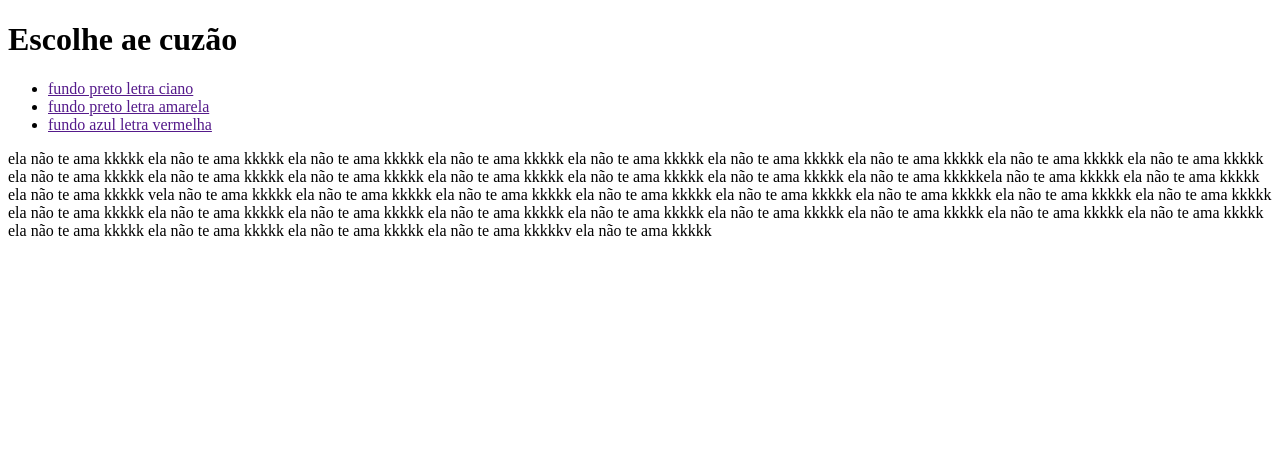
Repository: Leonngc/html-css
Page: ex024/otarios.html
An editor plug-in stored every save of this project. The page is shown before and after the next save, followed by the edit.
The browser window is 1280 px wide. The pictures show the whole page.

Above is the page before, as saved 2022-11-15 18:42:19.

### ex024/otarios.html
<!DOCTYPE html>
<html lang="pt-br">
<head>
    <meta charset="UTF-8">
    <meta http-equiv="X-UA-Compatible" content="IE=edge">
    <meta name="viewport" content="width=device-width, initial-scale=1.0">
    <title>Iframes</title>
</head>
<body>
    <h1>Escolhe ae cuzão</h1>
    <ul>
        <li><a href="">fundo preto letra ciano</a></li>
        <li><a href="">fundo preto letra amarela</a></li>
        <li><a href="">fundo azul letra vermelha</a></li>
    </ul>

    <p>ela não te ama kkkkk ela não te ama kkkkk ela não te ama kkkkk ela não te ama kkkkk ela não te ama kkkkk ela não te ama kkkkk ela não te ama kkkkk ela não te ama kkkkk ela não te ama kkkkk ela não te ama kkkkk ela não te ama kkkkk ela não te ama kkkkk ela não te ama kkkkk ela não te ama kkkkk ela não te ama kkkkk ela não te ama kkkkkela não te ama kkkkk ela não te ama kkkkk ela não te ama kkkkk vela não te ama kkkkk ela não te ama kkkkk ela não te ama kkkkk ela não te ama kkkkk ela não te ama kkkkk ela não te ama kkkkk ela não te ama kkkkk ela não te ama kkkkk ela não te ama kkkkk ela não te ama kkkkk ela não te ama kkkkk ela não te ama kkkkk ela não te ama kkkkk ela não te ama kkkkk ela não te ama kkkkk ela não te ama kkkkk ela não te ama kkkkk ela não te ama kkkkk ela não te ama kkkkk ela não te ama kkkkk ela não te ama kkkkkv ela não te ama kkkkk</p>

    <iframe src="" frameborder="0"></iframe>
</body>
</html>

After the next save:
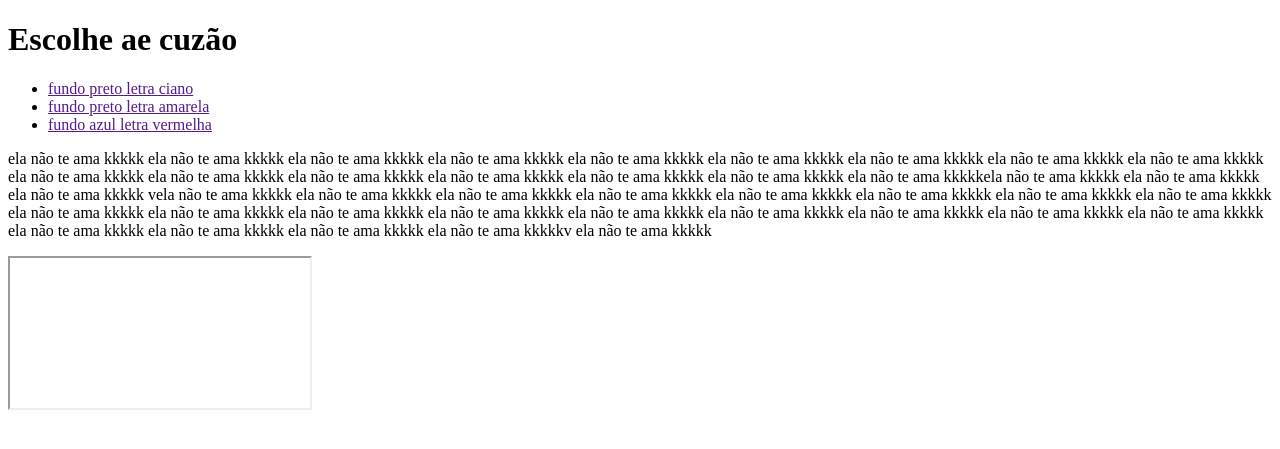
Saved 4 s later.
--- a/ex024/otarios.html
+++ b/ex024/otarios.html
@@ -16,6 +16,6 @@
 
     <p>ela não te ama kkkkk ela não te ama kkkkk ela não te ama kkkkk ela não te ama kkkkk ela não te ama kkkkk ela não te ama kkkkk ela não te ama kkkkk ela não te ama kkkkk ela não te ama kkkkk ela não te ama kkkkk ela não te ama kkkkk ela não te ama kkkkk ela não te ama kkkkk ela não te ama kkkkk ela não te ama kkkkk ela não te ama kkkkkela não te ama kkkkk ela não te ama kkkkk ela não te ama kkkkk vela não te ama kkkkk ela não te ama kkkkk ela não te ama kkkkk ela não te ama kkkkk ela não te ama kkkkk ela não te ama kkkkk ela não te ama kkkkk ela não te ama kkkkk ela não te ama kkkkk ela não te ama kkkkk ela não te ama kkkkk ela não te ama kkkkk ela não te ama kkkkk ela não te ama kkkkk ela não te ama kkkkk ela não te ama kkkkk ela não te ama kkkkk ela não te ama kkkkk ela não te ama kkkkk ela não te ama kkkkk ela não te ama kkkkkv ela não te ama kkkkk</p>
 
-    <iframe src="" frameborder="0"></iframe>
+    <iframe src=""></iframe>
 </body>
 </html>
